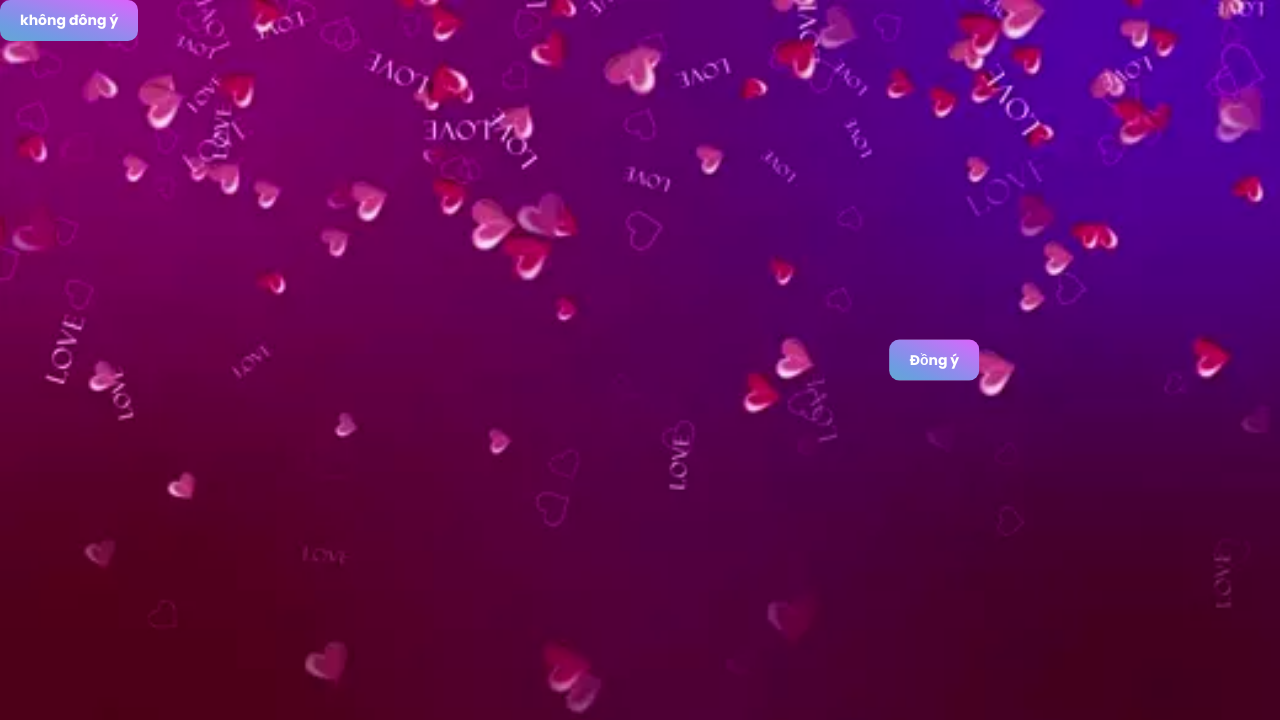
Repository: kuluong2000/love
Page: index.html
The author's editor kept a copy of each file at every save. The page is drawn from the files as they stood at one save, then again after the next save.
The browser window is 1280 px wide. The pictures show the whole page.

Above is the page before, as saved 2022-06-04 21:51:53.

After the next save:
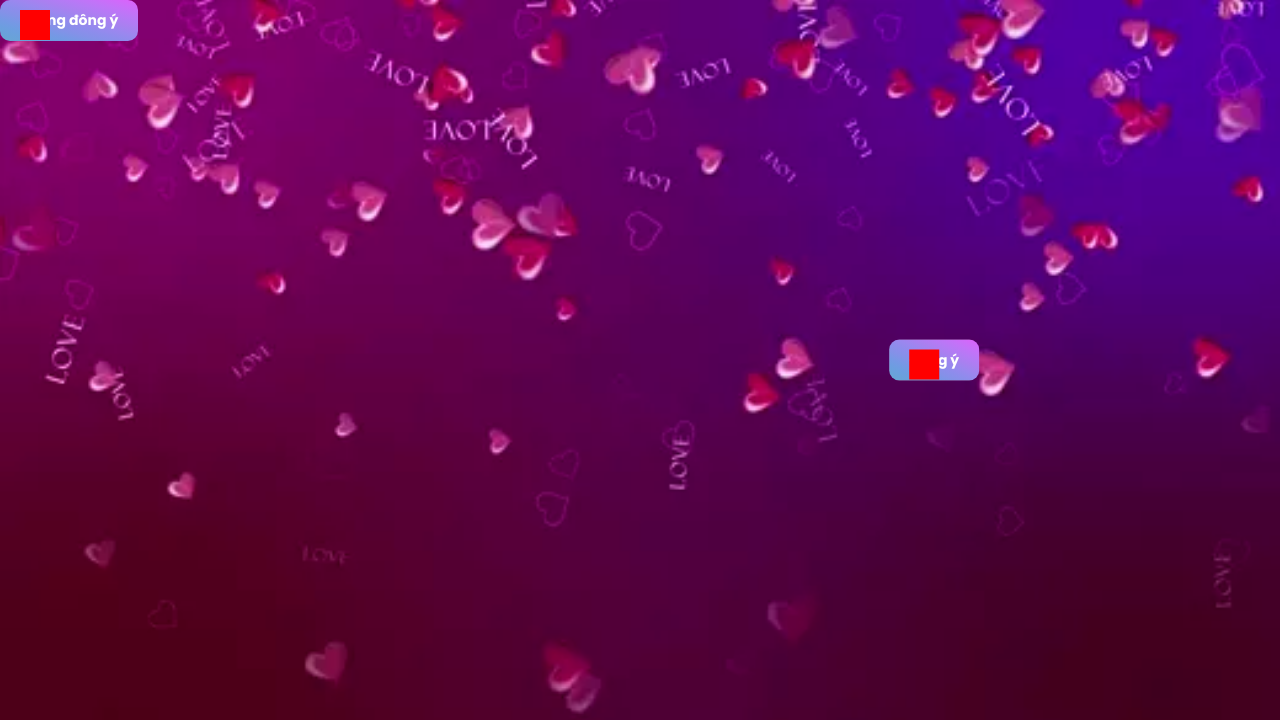
Saved 6 min 46 s later.
--- a/app.css
+++ b/app.css
@@ -26,6 +26,13 @@ body {
   font-family: "Poppins", sans-serif;
   font-weight: bold;
 }
+.btn::before {
+  content: "";
+  position: absolute;
+  width: 30px;
+  height: 30px;
+  background-color: red;
+}
 .love-success {
   right: 20%;
   top: 50%;
